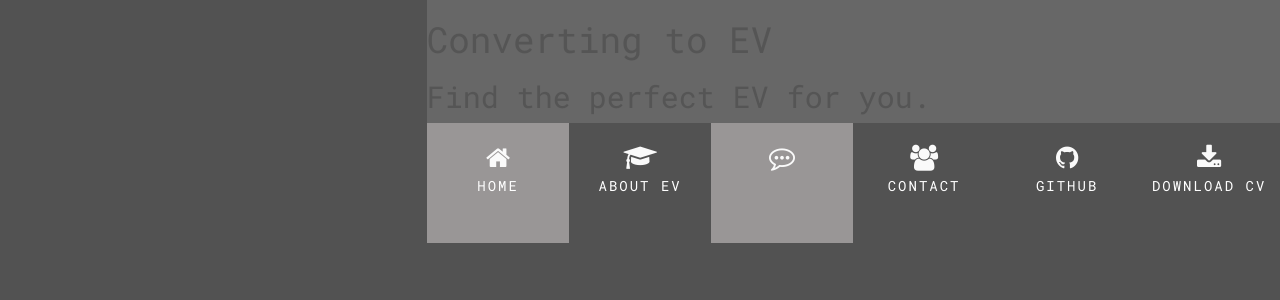
Repository: gnisco/2nd-project
Page: index.html
The author's editor kept a record of every edit. The page is drawn from the files as they stood at one moment, then again after the next edit.
The browser window is 1280 px wide. The pictures show the whole page.
Some web libraries are served in a nearby version.

Above is the page before.

After the next edit:
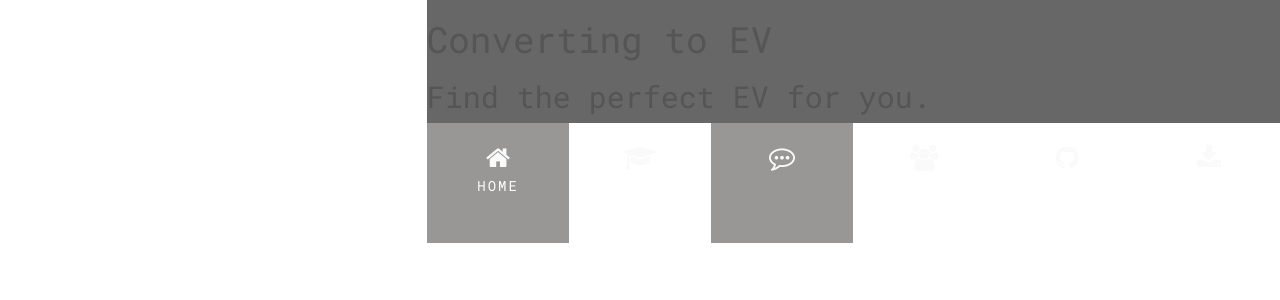
The edit:
--- a/assets/css/style.css
+++ b/assets/css/style.css
@@ -76,6 +76,6 @@
 body {
     font-family: Roboto Mono, sans-serif;
     font-weight: 200;
-    background-color: #525252;
+    background-color: #fffff;
     color: #555555;
 }
